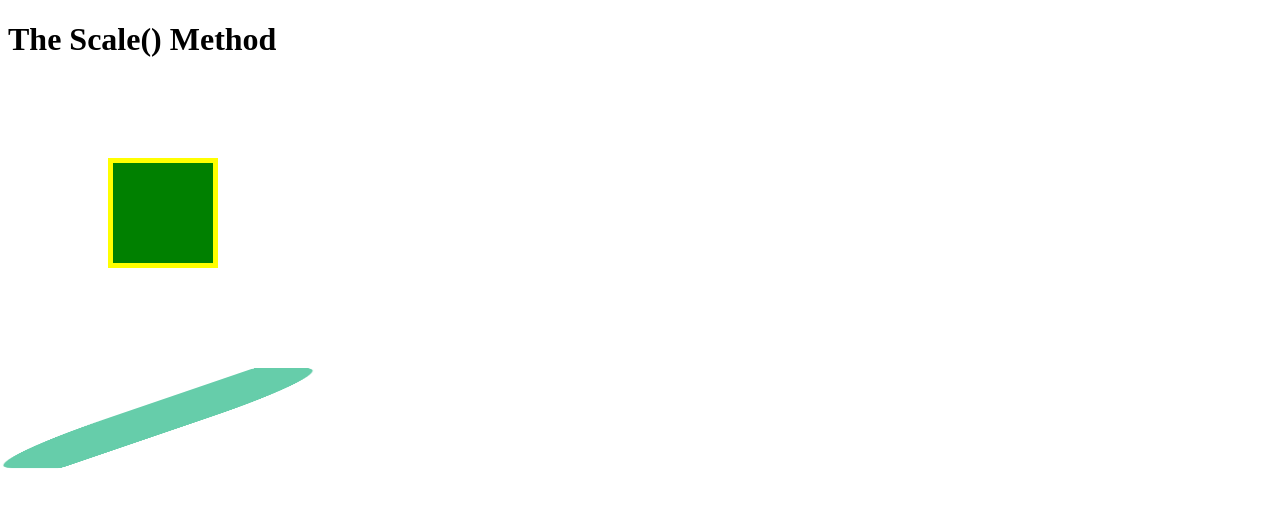
Repository: BhardwajMonika/core-java
Page: HTML2/WebContent/Scale.html
These files come from the project's save history. The page is drawn as it stood at one moment and after the next save; the edit follows.
The browser window is 1280 px wide. The pictures show the whole page.
The pointer rests on the first visible `.droplet`.

Above is the page before, as saved 2019-02-27 10:56:27.

After the next save:
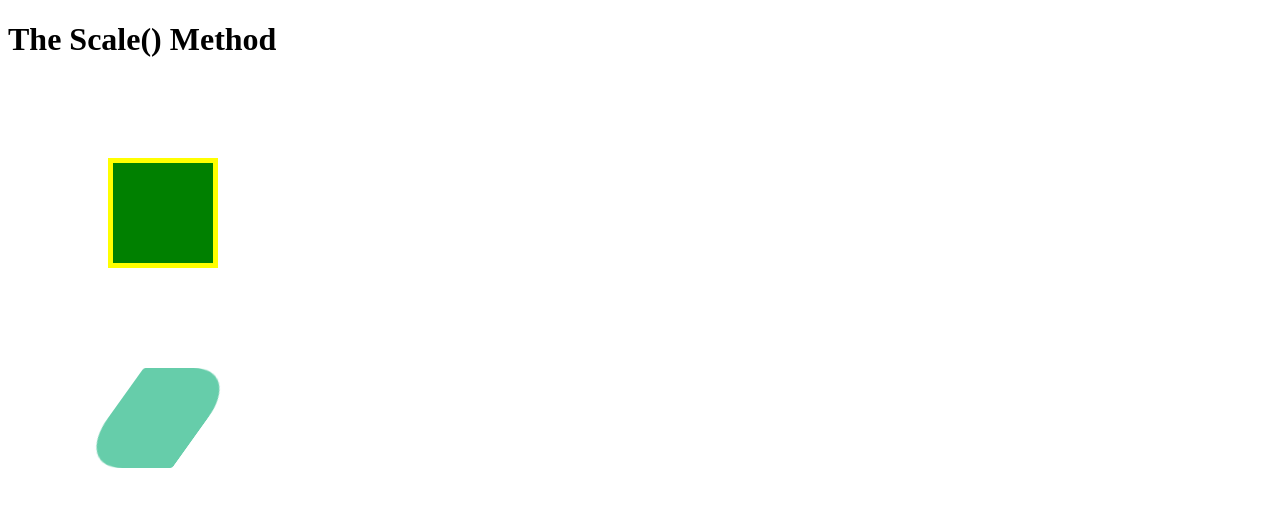
Saved 38 s later.
--- a/HTML2/WebContent/Scale.html
+++ b/HTML2/WebContent/Scale.html
@@ -23,7 +23,7 @@ transition-timing:ease-in-out;
 width:100px;
 }
 
-.droplet:hover{transform:skewX(360deg);}
+.droplet:hover{transform:skewX(180deg);}
 </style>
 <meta charset="ISO-8859-1">
 <title>Insert title here</title>
